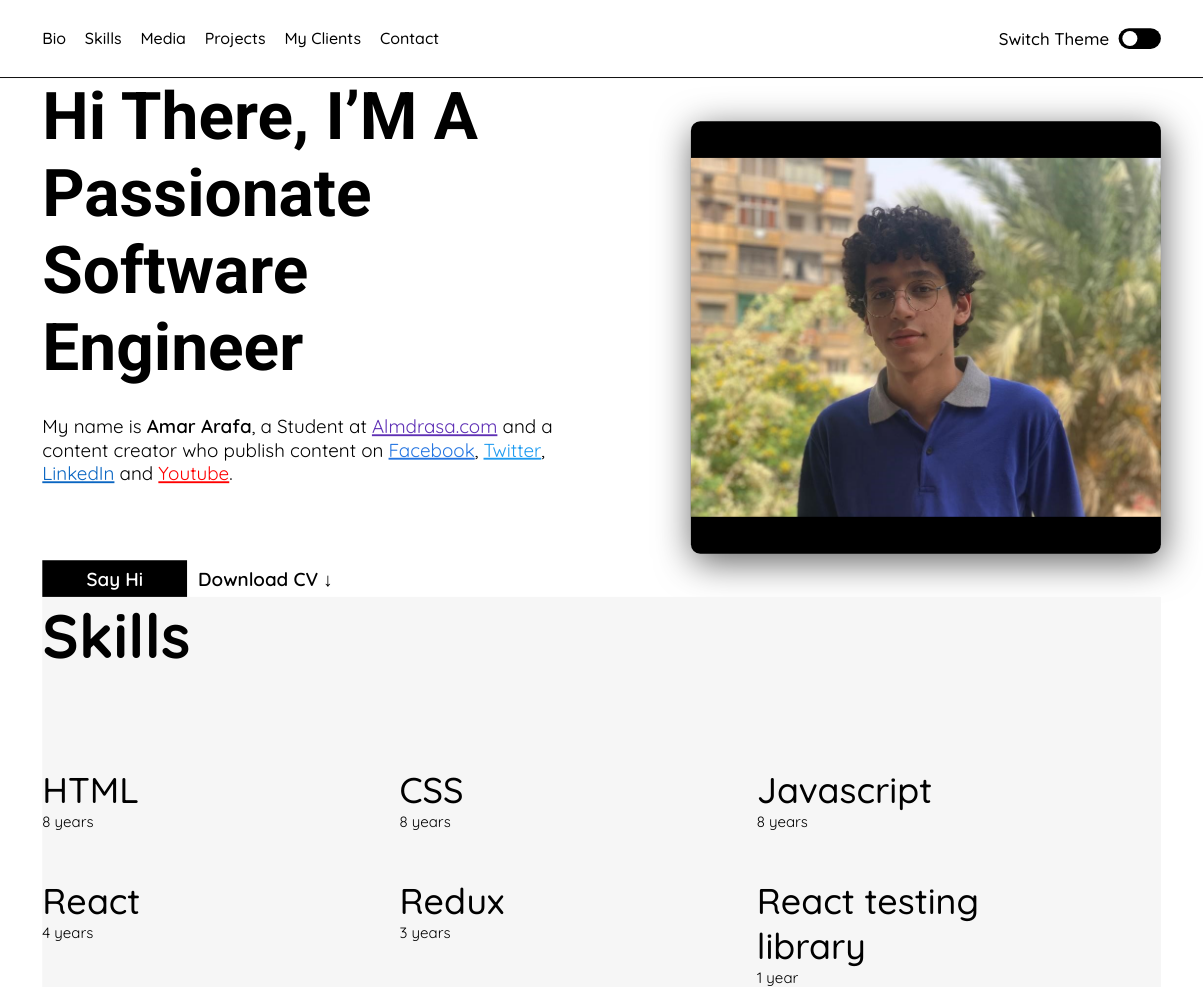
Repository: benarafa1/personal-website
Page: index.html
These files come from the project's save history. The page is drawn as it stood at one moment and after the next save; the edit follows.
The browser window is 1280 px wide. The pictures show the whole page, at 94% of full size.

Above is the page before, as saved 2025-04-12 16:11:49.

### index.html
<!DOCTYPE html>
<html lang="en">
  <head>
    <meta charset="UTF-8" />
    <meta name="viewport" content="width=device-width, initial-scale=1.0" />
    <link rel="preconnect" href="https://fonts.googleapis.com" />
    <link rel="preconnect" href="https://fonts.gstatic.com" crossorigin />
    <link rel="preconnect" href="https://fonts.googleapis.com" />
    <link rel="preconnect" href="https://fonts.gstatic.com" crossorigin />
    <link
      href="https://fonts.googleapis.com/css2?family=Quicksand:wght@300..700&family=Roboto:ital,wght@0,100;0,300;0,400;0,500;0,700;0,900;1,100;1,300;1,400;1,500;1,700;1,900&display=swap"
      rel="stylesheet"
    />

    <link rel="stylesheet" href="style.css" />
    <title>Amar Arafa</title>
  </head>

  <body>
    <div class="container">
      <header class="header">
        <nav class="navigation">
          <ul class="navigation__list">
            <li><a class="navigation__link" href="#">Bio</a></li>
            <li><a class="navigation__link" href="#">Skills</a></li>
            <li><a class="navigation__link" href="#">Media</a></li>
            <li><a class="navigation__link" href="#">Projects</a></li>
            <li><a class="navigation__link" href="#">My Clients</a></li>
            <li><a class="navigation__link" href="#">Contact</a></li>
          </ul>
        </nav>
        <div class="toggle">
          <h3 class="toggle__title">Switch Theme</h3>
          <input
            type="checkbox"
            name="toggle__checkbox"
            id="checkbox"
            class="toggle__checkbox"
          />
          <label for="checkbox" class="toggle__label"></label>
        </div>
      </header>
      <section class="bio section">
        <div class="bio__data-part">
          <h1 class="bio__heading">
            Hi There, I’M A Passionate Software Engineer
          </h1>
          <p class="bio__objective">
            My name is <span class="bio__name">Amar Arafa</span>, a Student at
            <a href="" class="bio__Almdrasa">Almdrasa.com</a> and a content
            creator who publish content on
            <a href="#" class="bio__Facebook">Facebook</a>,
            <a href="#" class="bio__Twitter">Twitter</a>,
            <a href="#" class="bio__LinkedIn">LinkedIn</a> and
            <a href="#" class="bio__Youtube">Youtube</a>.
          </p>
          <a href="#" class="bio__links say-hi-link">Say Hi</a>
          <a href="#" class="bio__links download-cv-link"
            >Download CV <span class="bio__arrow">↓</span></a
          >
        </div>
        <div class="bio__pic-part">
          <img
            src="images/personal-pic.jpg"
            alt="img of amar"
            class="bio__pic"
          />
        </div>
      </section>
      <section class="skills section">
        <h2 class="skills__heading">Skills</h2>
        <div class="skills__languages">
          <div class="html">
            <p class="language">HTML</p>
            <p class="experience">8 years</p>
          </div>
          <div class="css">
            <p class="language">CSS</p>
            <p class="experience">8 years</p>
          </div>
          <div class="javascript">
            <p class="language">Javascript</p>
            <p class="experience">8 years</p>
          </div>
          <div class="react">
            <p class="language">React</p>
            <p class="experience">4 years</p>
          </div>
          <div class="redux">
            <p class="language">Redux</p>
            <p class="experience">3 years</p>
          </div>
          <div class="react-testing-library">
            <p class="language">React testing library</p>
            <p class="experience">1 year</p>
          </div>
        </div>
      </section>
    </div>
  </body>
</html>

### style.css
:root {
  --container-width: 119rem;
  --gutter: 2rem;
  --color-black: #000;
  --color-white: #fff;
  --color-blue: #2374e1;
  --color-light-blue: #1d9bf0;
  --color-dark-blue: #0a66c2;
  --color-darker-blue: #143ce8;
  --color-red: #ff0000;
  --color-purple: hsla(261, 96%, 33%, 0.822);
  --color-grey: #f6f6f6;
  --color-dark-green: #42959b;
  --color-background: var(--color-white);
  --color-text: var(--color-black);
  --color-box-img: var(--color-black);
  --color-link-bg: var(--color-black);
  --color-input-border: var(--color-black);
  --font-family-Roboto: "Roboto", sans-serif;
  --font-family-Quicksand: "Quicksand", sans-serif;
  --font-weight-regular: 400;
  --font-weight-medium: 500;
  --font-weight-semi-bold: 600;
  --font-weight-bold: 700;
  --font-size-70: 7rem;
  --font-size-65: 6.5rem;
  --font-size-40: 4rem;
  --font-size-38: 3.8rem;
  --font-size-24: 2.4rem;
  --font-size-22: 2.2rem;
  --font-size-20: 2rem;
  --font-size-18: 1.8rem;
  --font-size-15: 1.5rem;
  --transition-timing: 0.3s;
}

/* start CSS Reset_________________ */
*,
*::before,
*::after {
  box-sizing: border-box;
  margin: 0;
  padding: 0;
  font: inherit;
}

a {
  color: inherit;
  display: inline-block;
}

button {
  background-color: transparent;
  border: none;
  cursor: pointer;
}

ul,
ol {
  list-style: none;
}
body {
  font-size: 1.6rem;
  font-family: var(--font-family-Quicksand);
}

html {
  font-size: 62.5%;
  scroll-behavior: smooth;
  scroll-padding-top: 11rem;
}
/* end CSS Reset _____________________*/

/* globaL styles start________________ */
.section {
  display: grid;
  grid-template-columns: repeat(2, auto);
  align-items: start;
}
/* globaL styles end________________ */
.container {
  margin: 0 auto;
  width: var(--container-width);
}
/* header component start___________________ */

.navigation__list {
  display: flex;
  gap: 2rem;
}
.navigation__link:link,
.navigation__link:visited {
  font-weight: var(--font-weight-medium);
  text-decoration: none;
  font-size: 1.7rem;
}
.navigation__link:hover,
.navigation__link:active {
  text-decoration: underline;
}

.header {
  position: relative;
  padding: 3rem 0;
  display: flex;
  justify-content: center;
}
.header::before {
  content: "";
  position: absolute;
  height: 100%;
  width: 100vw;
  top: 0;
  z-index: -1;
  border-bottom: 0.1rem solid var(--color-input-border);
}

/* toggle start */
.toggle {
  display: flex;
  gap: 1rem;
  margin-left: auto;
}
.toggle__title {
  font-weight: var(--font-weight-medium);
  font-size: var(--font-size-18);
}
.toggle__checkbox {
  display: none;
}

.toggle__label {
  display: block;
  width: 4.5rem;
  height: 2.2rem;
  border-radius: 1.5rem;
  background-color: var(--color-black);
  cursor: pointer;
  padding: 0.3rem 0.4rem;
  transition: var(--transition-timing);
}

.toggle__label::before {
  content: "";
  display: block;
  width: 1.6rem;
  height: 1.6rem;
  border-radius: 50%;
  background-color: var(--color-white);
  transition: var(--transition-timing);
}

.toggle__checkbox:checked + .toggle__label {
  background-color: var(--color-white);
}
.toggle__checkbox:checked + .toggle__label::before {
  background-color: var(--color-black);
  transform: translateX(2.1rem);
}
/* toggle end */

/* header component end+_______________ */

/* bio component start */
.bio {
  grid-template-columns: repeat(2, 1fr);
  gap: 7.4rem;
}

.bio__heading {
  font-family: var(--font-family-Roboto);
  font-size: var(--font-size-70);
  font-weight: var(--font-weight-bold);
}
.bio__objective {
  font-weight: var(--font-weight-regular);
  font-size: var(--font-size-20);
  margin: 3rem 0 8rem;
}
.bio__name {
  font-weight: var(--font-weight-semi-bold);
}
.bio__Almdrasa {
  color: var(--color-purple);
}
.bio__Facebook {
  color: var(--color-blue);
}
.bio__Twitter {
  color: var(--color-light-blue);
}
.bio__LinkedIn {
  color: var(--color-dark-blue);
}
.bio__Youtube {
  color: var(--color-red);
}
.bio__links {
  font-size: var(--font-size-20);
  font-weight: var(--font-weight-semi-bold);
  text-decoration: none;
}
.say-hi-link {
  padding: 0.7rem 4.7rem;
  background-color: var(--color-black);
  color: var(--color-white);
}
.download-cv-link {
  margin-inline-start: 0.7rem;
}

@keyframes jump {
  0% {
    transform: translateY(0.5rem);
  }
  25% {
    transform: translateY(-0.5rem);
  }
  50% {
    transform: translateY(0);
  }
  100% {
    transform: translateY(0);
  }
}

.bio__arrow {
  display: inline-block;
  animation: jump 1s ease-in-out infinite alternate;
}

.bio__pic-part {
  display: flex;
  position: relative;
  align-items: center;
  align-self: center;
  justify-self: end;
}
.bio__pic-part::before {
  content: "";
  display: block;
  position: absolute;
  height: 46rem;
  width: 100%;
  border-radius: 1rem;
  z-index: -1;
  background-color: var(--color-box-img);
  box-shadow: 2.17543px 8.7017px 38.0699px rgba(0, 0, 0, 0.623);
}
.bio__pic {
  width: 50rem;
}
/* bio component end */

/* skills component start */
.skills {
  background-color: var(--color-grey);
  gap: 10rem;
}
.skills__heading {
  font-size: var(--font-size-65);
  font-weight: var(--font-weight-bold);
  grid-column: 1/-1;
}
.skills__languages {
  display: grid;
  grid-template-columns: repeat(3, 1fr);
  gap: 5rem;
}
.language {
  font-size: var(--font-size-38);
  font-weight: var(--font-weight-medium);
}

/* skills component end */

After the next save:
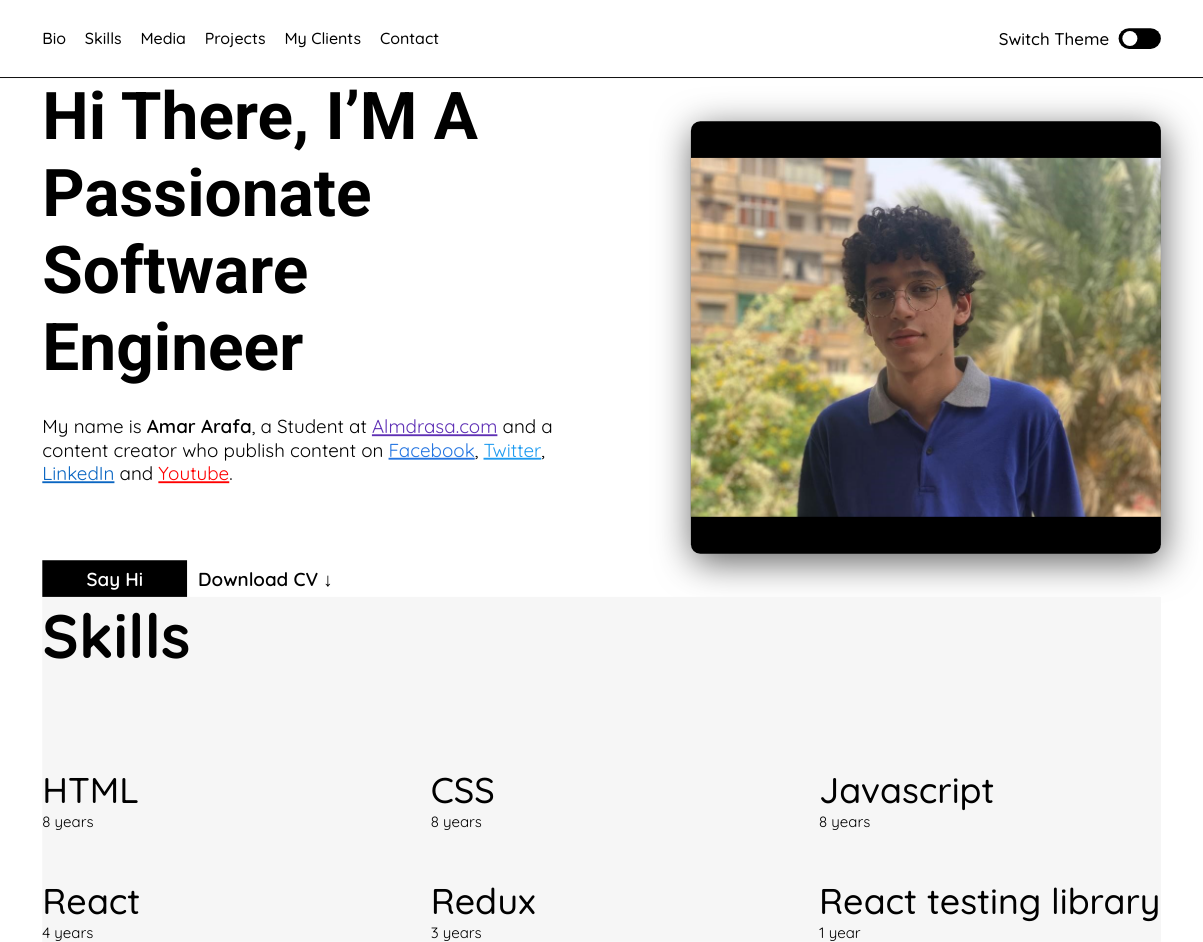
Saved 24 s later.
--- a/style.css
+++ b/style.css
@@ -255,7 +255,7 @@ html {
 /* skills component start */
 .skills {
   background-color: var(--color-grey);
-  gap: 10rem;
+  row-gap: 10rem;
 }
 .skills__heading {
   font-size: var(--font-size-65);
